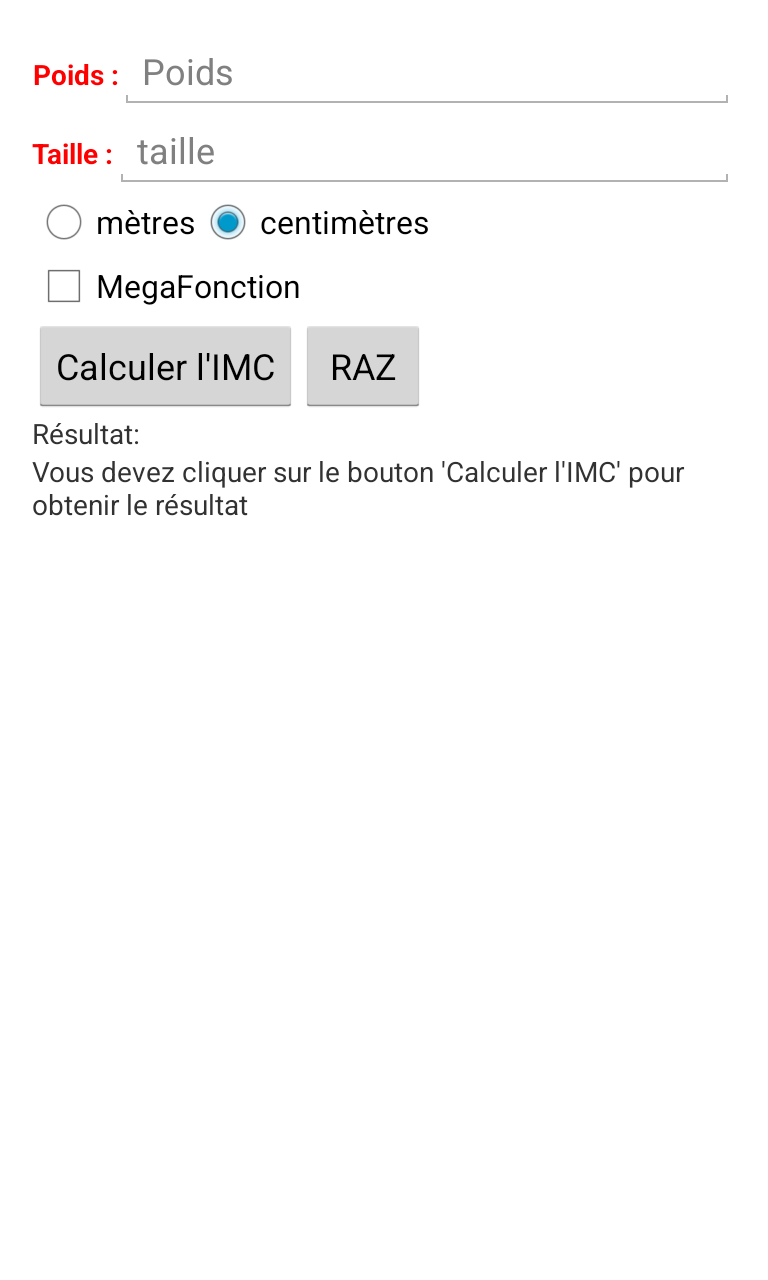
Repository: mikaelpopowicz/cours
Layout: graph/test/res/layout/activity_main.xml
The author's editor kept a copy of each file at every save. The layout is drawn from the files as they stood at one save, then again after the next save.
It is drawn on a 768 x 1280 px phone screen (xhdpi) without system bars, with theme AppTheme; the app's code is not run.

Above is the layout before, as saved 2014-02-27 07:41:02.

After the next save:
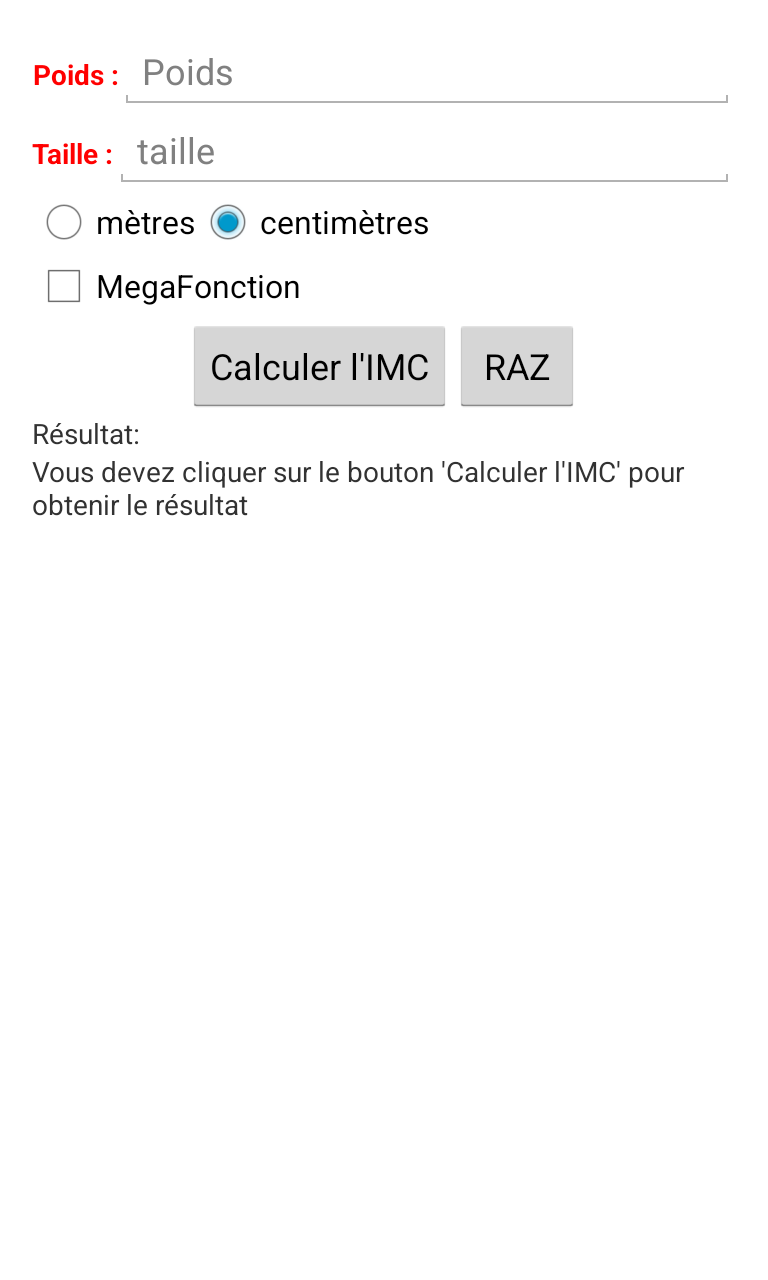
Saved 11 s later.
--- a/graph/test/res/layout/activity_main.xml
+++ b/graph/test/res/layout/activity_main.xml
@@ -84,7 +84,7 @@
         android:layout_width="fill_parent"
         android:layout_height="wrap_content"
         android:orientation="horizontal"
-        android:layout_gravity="center">
+        android:gravity="center">
 
         <Button
         	android:id="@+id/calcul"
